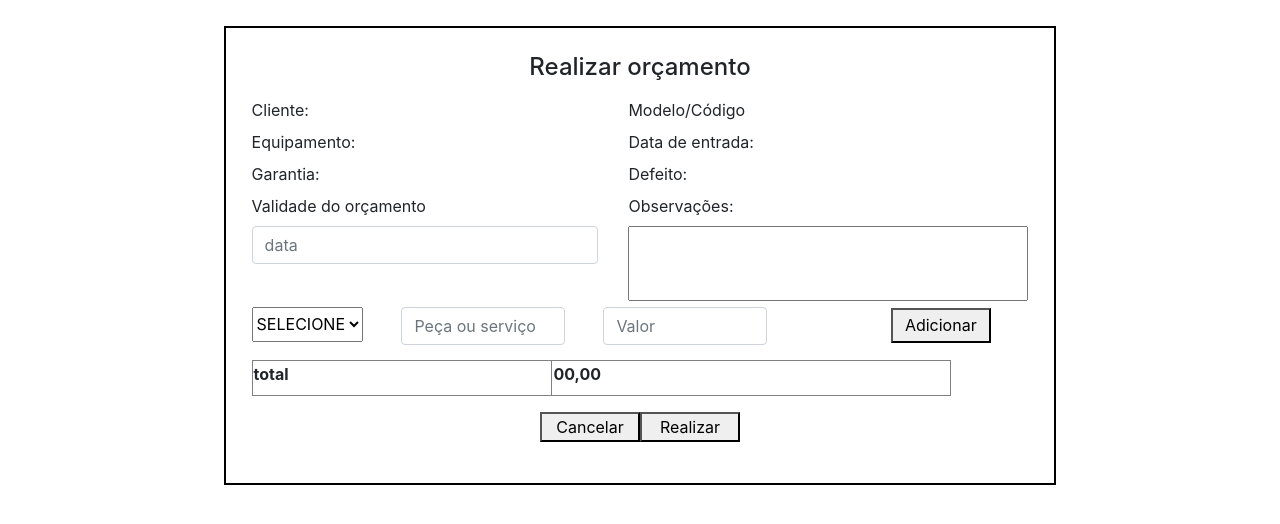
Repository: gabrielfeliphe/AssistenciaTecnica
Page: PI-AssistenciaTecnica/WebContent/pages/manutencao/funcoes/realizar_orcamento.html
An editor plug-in stored every save of this project. The page is shown before and after the next save, followed by the edit.
The browser window is 1280 px wide. The pictures show the whole page.
Some web libraries are served in a nearby version.

Above is the page before, as saved 2021-10-21 22:39:36.
Console error: TypeError: Cannot read properties of undefined (reading 'fn')

After the next save:
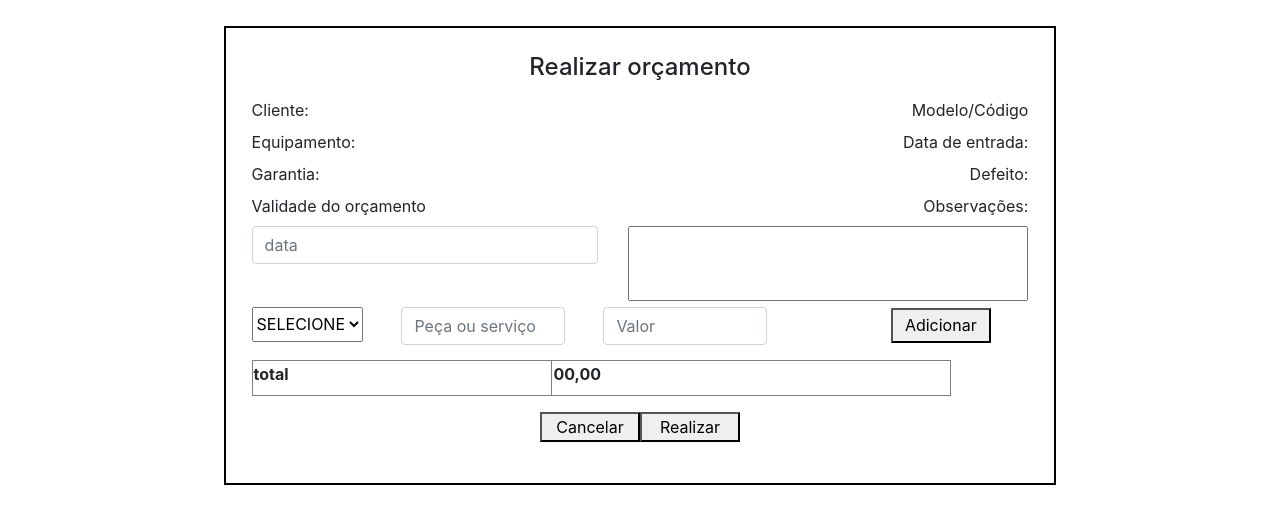
Saved 12 s later.
--- a/PI-AssistenciaTecnica/WebContent/pages/manutencao/funcoes/realizar_orcamento.html
+++ b/PI-AssistenciaTecnica/WebContent/pages/manutencao/funcoes/realizar_orcamento.html
@@ -23,7 +23,7 @@
 		 <label>Validade do orçamento </label></br>
 		 <input type="text" class="form-control"  placeholder="data">
 		</div>
-		<div class="col-md ">
+		<div class="col-md text-right">
 		 <label>Modelo/Código </label><label id="mod-cod"></label></br>
 		 <label>Data de entrada: </label><label id="data-entrada"></label></br>
 		 <label>Defeito: </label><label id="defeito"></label></br>

After the save that followed:
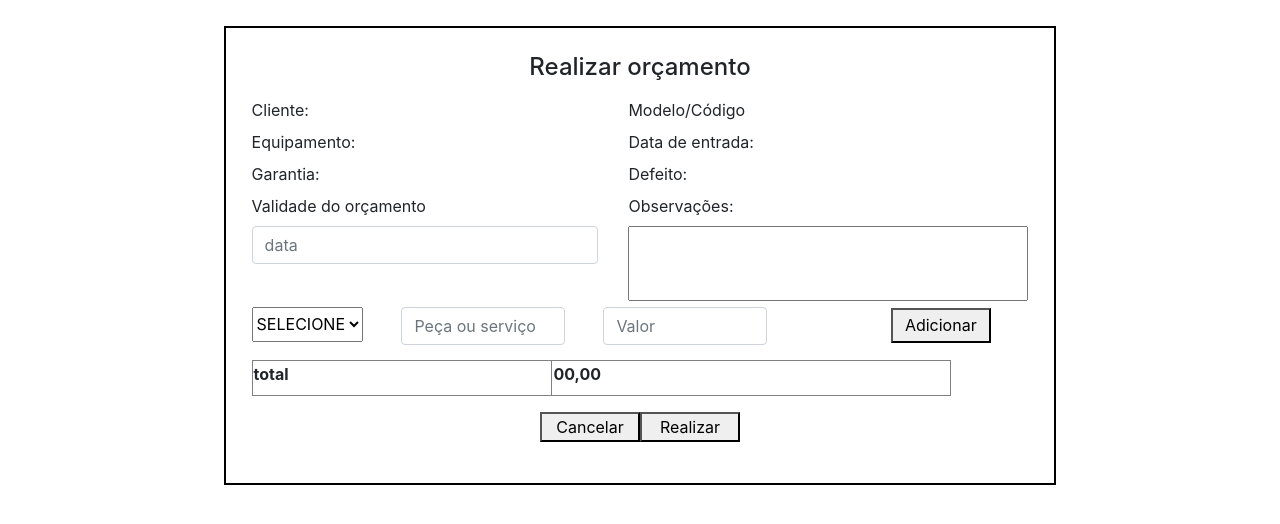
Saved 16 s later.
--- a/PI-AssistenciaTecnica/WebContent/pages/manutencao/funcoes/realizar_orcamento.html
+++ b/PI-AssistenciaTecnica/WebContent/pages/manutencao/funcoes/realizar_orcamento.html
@@ -23,7 +23,7 @@
 		 <label>Validade do orçamento </label></br>
 		 <input type="text" class="form-control"  placeholder="data">
 		</div>
-		<div class="col-md text-right">
+		<div class="col-md ">
 		 <label>Modelo/Código </label><label id="mod-cod"></label></br>
 		 <label>Data de entrada: </label><label id="data-entrada"></label></br>
 		 <label>Defeito: </label><label id="defeito"></label></br>
